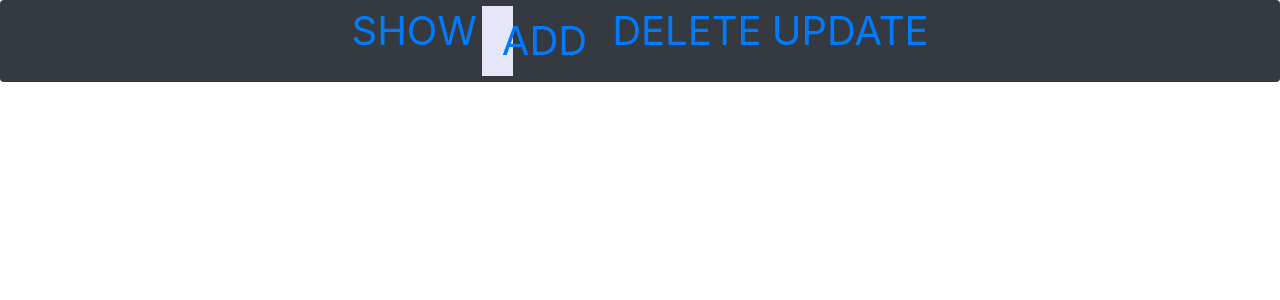
Repository: jalaj2123/SPRING-ORM
Page: Webap/src/main/webapp/home.html
An editor plug-in stored every save of this project. The page is shown before and after the next save, followed by the edit.
The browser window is 1280 px wide. The pictures show the whole page.

Above is the page before, as saved 2022-03-17 08:48:28.

After the next save:
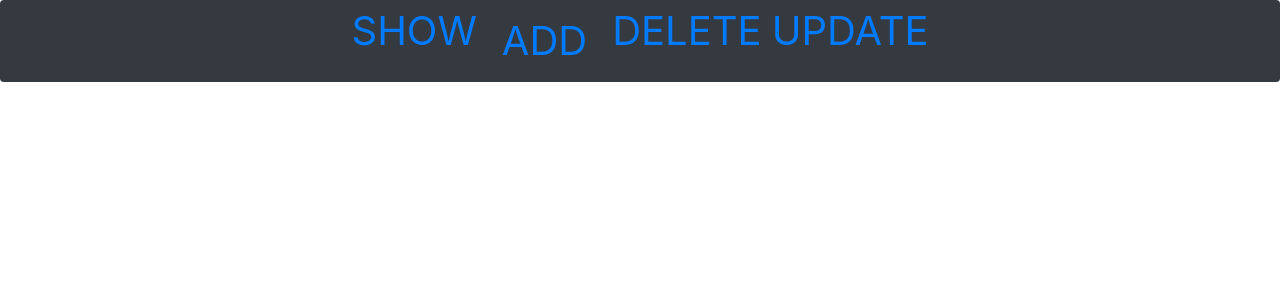
Saved 85 s later.
--- a/Webap/src/main/webapp/home.html
+++ b/Webap/src/main/webapp/home.html
@@ -31,7 +31,7 @@ font-size:40px
       <a class="nav-link" href="index.html">SHOW</a>
     </li>
     <li class="nav-item">
-       <div class="col-sm-3" style="background-color:lavender;"><a class="nav-link" href="insert.html">ADD</a></div>
+       <div class="col-sm-3"><a class="nav-link" href="insert.html">ADD</a></div>
     </li>
     <li class="nav-item">
       <a class="nav-link" href="delete">DELETE</a>
